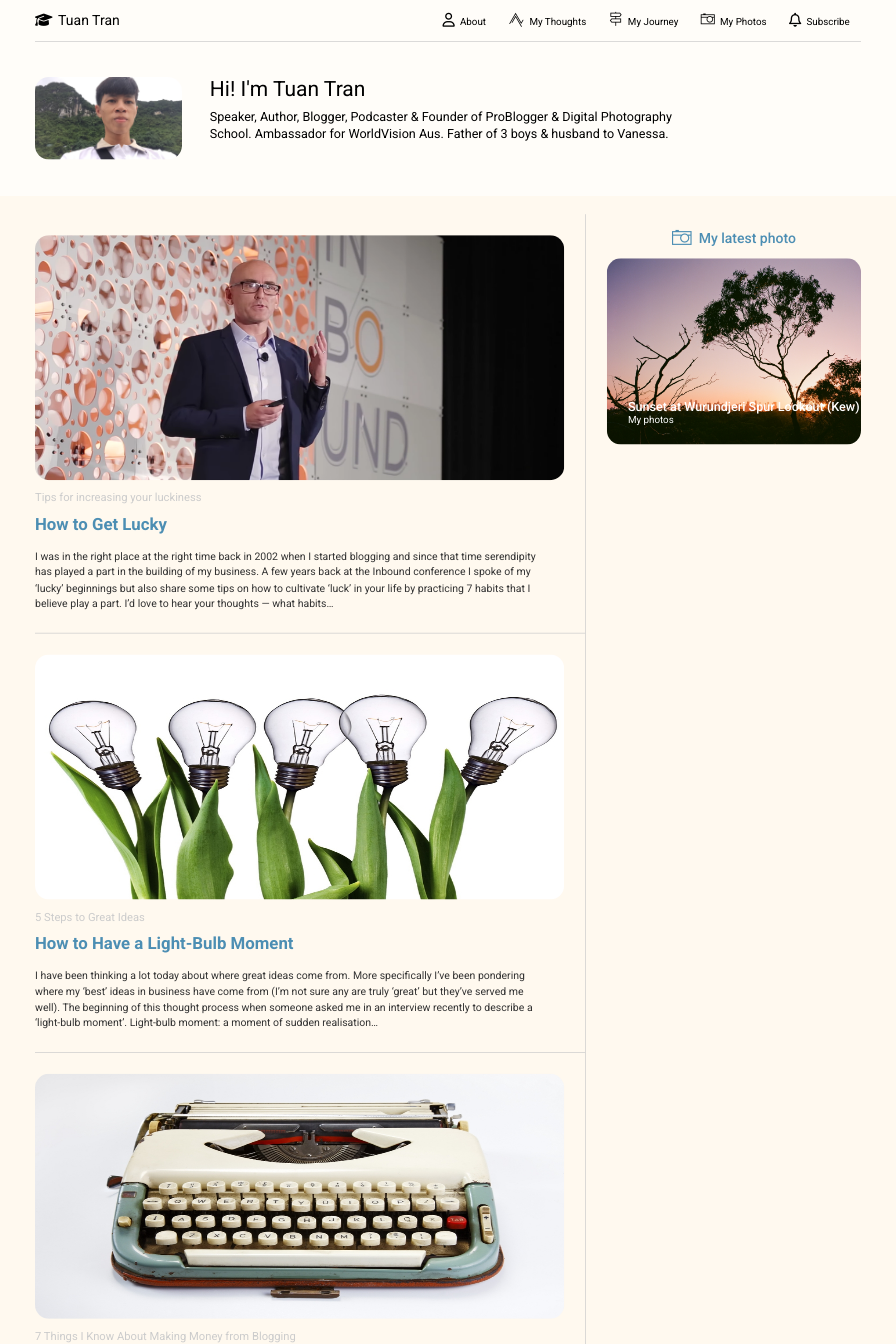
Repository: TranDinhTuann/Blog-Demo
Page: index.html
These files come from the project's save history. The page is drawn as it stood at one moment and after the next save; the edit follows.
The browser window is 1280 px wide. The pictures show the part of the page from y = 0 to 1920 px (the page is 2860 px tall), at 70% of full size.

Above is the page before, as saved 2023-03-22 21:26:00.

After the next save:
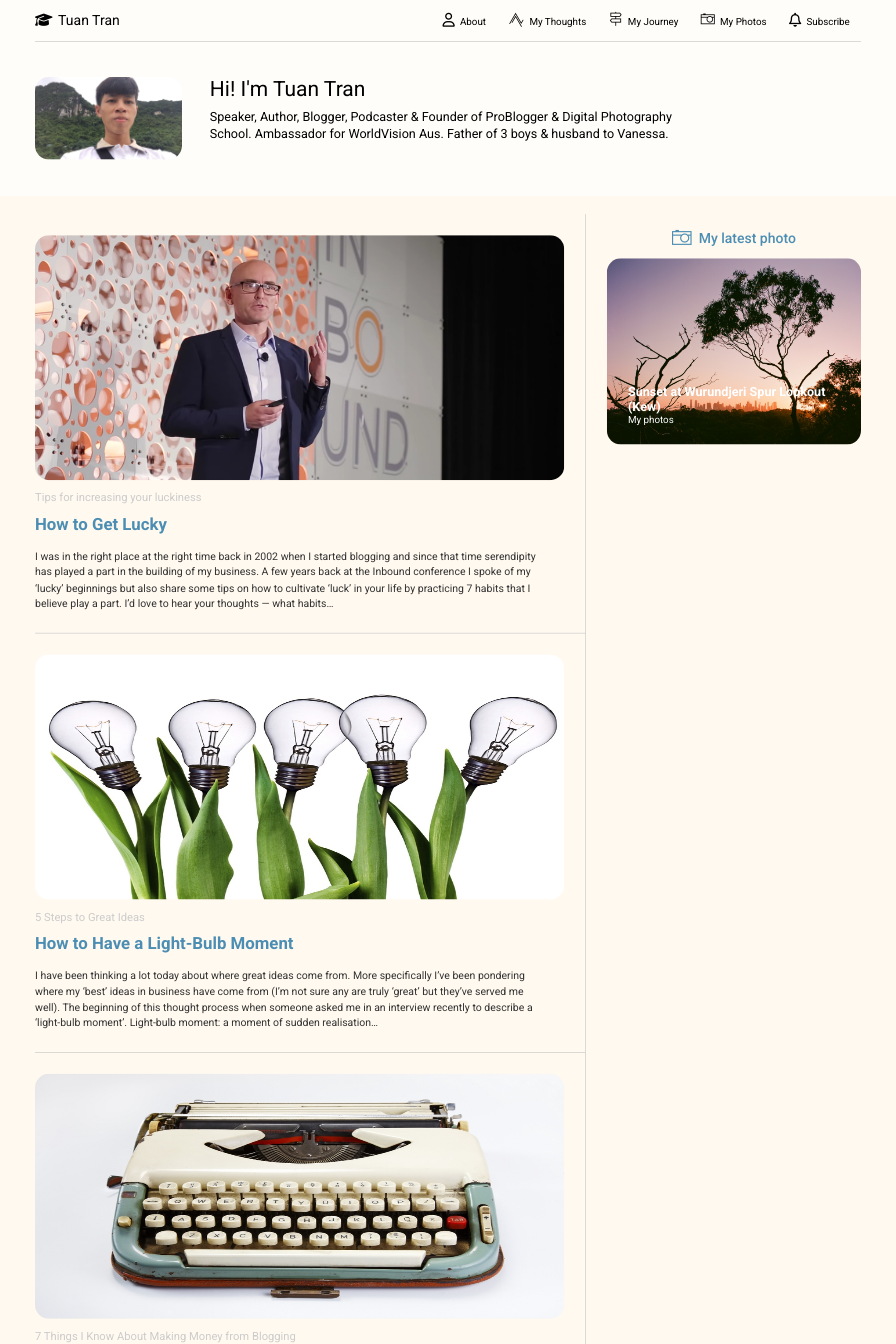
Saved 8 s later.
--- a/assets/css/main.css
+++ b/assets/css/main.css
@@ -190,7 +190,7 @@
 }
 .text-heading{
     font-size: 18px;
-    font-weight: 500;
+    font-weight: 600;
 }
 .text-des{
     font-size: 14px;
